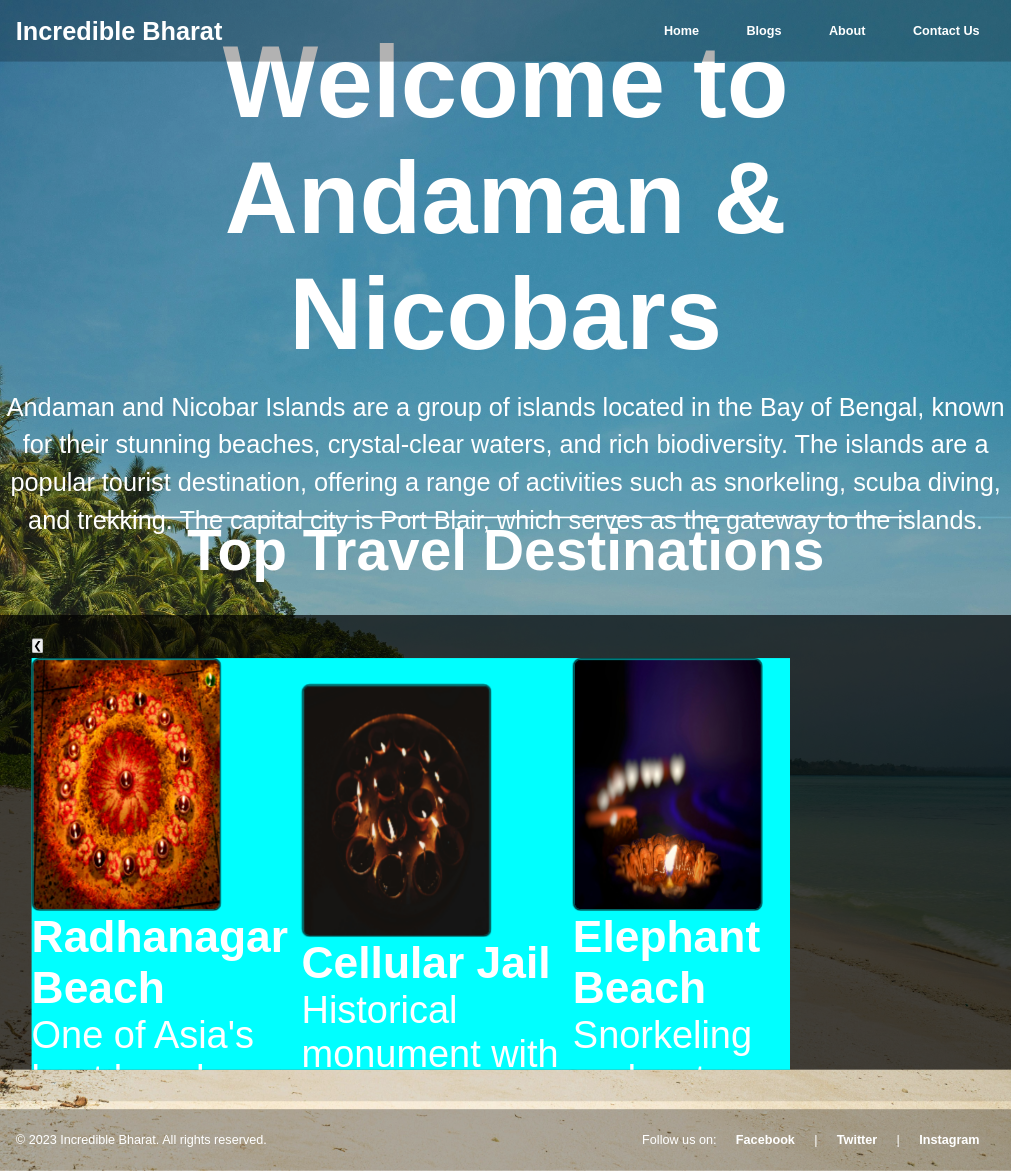
Repository: jaidhiman111/incrediblebharat
Page: destinations/Andaman-Nicobar/Andaman&Nicobar.html
These files come from the project's save history. The page is drawn as it stood at one moment and after the next save; the edit follows.
The browser window is 1280 px wide. The pictures show the whole page, at 79% of full size.

Above is the page before, as saved 2025-05-01 22:30:52.

### destinations/Andaman-Nicobar/Andaman&Nicobar.html
<!DOCTYPE html>
<html lang="en">

<head>
    <meta charset="UTF-8">
    <link rel="stylesheet" href="/assets/style.css">
    <meta name="viewport" content="width=device-width, initial-scale=1.0">
    <title>Document</title>
</head>

<body class="andaman-nicobar">
    <!-- This is the header of the page. -->
    <header class="header">
        <div class="logo">
            <h1>Incredible Bharat</h1>
        </div>
        <div class="nav">
            <nav>
                <ul>
                    <li>
                        <a href="/index.html">Home</a>
                        <a href="#">Blogs</a>
                        <a href="#">About</a>
                        <a href="#">Contact Us</a>
                    </li>
                </ul>
            </nav>
        </div>
    </header>
    <!-- This is the main content of the page. -->
    <main class="main-container">
        <section class="hero-section">
            <h2>Welcome to Andaman & Nicobars</h2>
            <p>Andaman and Nicobar Islands are a group of islands located in the Bay of Bengal, known for their stunning
                beaches, crystal-clear waters, and rich biodiversity. The islands are a popular tourist destination,
                offering a range of activities such as snorkeling, scuba diving, and trekking. The capital city is Port
                Blair, which serves as the gateway to the islands.</p>
        </section>
        <hr>
        <section id="travel-slider">
            <h2>Top Travel Destinations</h2>
            <div class="slider-container">
              <button class="slide-btn left" onclick="slideLeft('travel')">&#10094;</button>

              <div class="slider" >
                <div class="card">
                  <img class ="card-image" src="/media/diwali.jpg" alt="Radhanagar Beach">
                  <h3>Radhanagar Beach</h3>
                  <p>One of Asia's best beaches with powdery white sand and turquoise waters.</p>
                </div>
                <div class="card">
                  <img class = "card-image" src="/media/Dipawli.jpg" alt="Cellular Jail">
                  <h3>Cellular Jail</h3>
                  <p>Historical monument with a light & sound show on India's freedom struggle.</p>
                </div>
                <div class="card">
                  <img class = "card-image" src="/media/Deepak.jpg" alt="Elephant Beach">
                  <h3>Elephant Beach</h3>
                  <p>Snorkeling and water activities paradise on Havelock Island.</p>
                </div>
                <!-- Add more slides here -->
              </div>

              <button class="slide-btn right" onclick="slideRight('travel')">&#10095;</button>
            </div>
          </section>
    </main>
    <!-- This is the footer of the page. -->
    <footer class="footer">
        <div>
            <p>&copy; 2023 Incredible Bharat. All rights reserved.</p>
        </div>
        <div>
            <p>Follow us on:
                <a href="#">Facebook</a> |
                <a href="#">Twitter</a> |
                <a href="#">Instagram</a>
        </div>
    </footer>
</body>

</html>

### assets/style.css
* {
    box-sizing: border-box;
    margin: 0;
    padding: 0;
}

.home {
    font-family: Arial, sans-serif;
    background-image: url('/media/bg-cover.jpg');
    background-size: cover;
    background-repeat: no-repeat;
    background-position: center;
    color: #fff;
}

.andaman-nicobar {
    font-family: Arial, sans-serif;
    background-image: url('/media/andaman.jpg');
    background-size: cover;
    background-repeat: no-repeat;
    background-position: center;
    color: #fff;
}


/* This is for header */
.header {
    background-color: rgba(0, 0, 0, 0.3);
    display: flex;
    justify-content: space-between;
    align-items: center;
    padding: 20px;
    position: sticky;
    top: 0;
    text-align: center;
}

li {
    list-style: none;
    display: flex;
    gap: 20px;
}

li a {
    padding: 10px 20px;
    border-radius: 5px;
    text-decoration: none;
    color: #fff;
    font-weight: bold;
}

li a:hover {
    color: #fff;
    transform: scale(1.1);
}

/* This is for section */
section {
    background-color: rgba(0, 0, 0, 0.1);
}

.hero-section {
    display: flex;
    flex-direction: column;
    /* stack items vertically */
    justify-content: center;
    /* center vertically */
    align-items: center;
    /* center horizontally */
    height: 80vh;
    text-align: center;
}

.hero-section h2 {
    font-size: 8rem;
    margin-bottom: 20px;
}

.hero-section p {
    font-size: 2rem;
    margin-bottom: 20px;
    max-width: 100rem;
    /* limit the width of the paragraph */
    line-height: 1.5;
    /* improve readability */
}

.hero-section a {
    text-decoration: none;
    color: #fff;
    font-size: 1.5rem;
    margin-bottom: 20px;
}

.hero-section a:hover {
    color: #fff;
    text-decoration: underline;
    transform: scale(1.1);
    transition: transform 0.3s ease-in-out;
}

hr {
    width: 80%;
    margin: auto;
    border: 1px solid #fff;
}

.state-section {
    display: flex;
    flex-direction: column;
    justify-content: center;
    align-items: center;
    height: 80vh;
    text-align: center;
}

.state-section h2 {
    font-size: 3rem;
    margin-bottom: 20px;
}

.state-button {
    padding: 30px;
    max-width: 100rem;
    margin: 0 auto;
}

.state-button button {
    background-color: rgba(0, 0, 0, 0.4);
    backdrop-filter: blur(5px);
    border: none;
    border-radius: 8px;
    margin: 10px;
    padding: 12px 20px;
    cursor: pointer;
    transition: background-color 0.3s ease;
    font-size: 16px;
    font-weight: 500;
}

.state-button button a {
    color: #ffffff;
    text-decoration: none;
    display: block;
    width: 100%;
    height: 100%;
}

.state-button button:hover {
    background-color: rgba(0, 0, 0, 0.7);
    transform: scale(1.1);
    transition: transform 0.3s ease-in-out;
}

.card-section {
    display: flex;
    flex-wrap: wrap;
    justify-content: center;
    gap: 5rem;
    padding: 30px 20px;
    margin: 20px auto;
    max-width: 100%;
    border-radius: 10px;
}




/* This is for footer */

.footer {
    background-color: rgba(0, 0, 0, 0.3);
    display: flex;
    justify-content: space-between;
    align-items: center;
    padding: 20px;
    position: relative;
    bottom: 0;
    text-align: center;
}

.footer li {
    list-style: none;
    display: flex;
    gap: 20px;
}

.footer a {
    display: inline-block;
    padding: 10px 20px;
    border-radius: 5px;
    text-decoration: none;
    color: #fff;
    font-weight: bold;
}

.footer a:hover {
    color: #fff;
    transform: scale(1.1);

}

/* This is for media queries */
/* --- Andaman & Nicobar Page Enhancements --- */

#travel-slider {
    display: flex;
    flex-direction: column;
    font-size: 3rem;
    margin-bottom: 10px;
    justify-items: center;
    align-items: center;

}

.slider-container {
    background-color: rgba(0, 0, 0, 0.7);
    position: relative;
    height: 80vh;
    max-width: 100%;
    overflow: hidden;
    margin: 40px auto;
    padding: 0 40px;
}

.slider {
    display: flex;
    transition: transform 0.5s ease;
    max-width: 80%;
    background-color: aqua;
    margin: 10px, auto;
    padding: auto;
    justify-content: center;
    align-items: center;
}


.slide-btn.left {
    left: 10px;
}

.slide-btn.right {
    right: 10px;
}

.card-image {
    background-color: rgba(0, 0, 0, 0.3);
    backdrop-filter: blur(5px);
    color: #fff;
    border: 2px solid #014d4e;
    border-radius: 10px;
    width: 15rem;
    height: 20rem;
    display: flex;
    align-items: center;
    justify-content: center;
    font-size: 2rem;
    font-weight: bold;
    cursor: pointer;
    transition: transform 0.3s ease, background-color 0.3s ease;
}

.card:hover {
    background-color: rgba(0, 0, 0, 0.3);
    color: #ffffff;
    transform: scale(1.05);
}

After the next save:
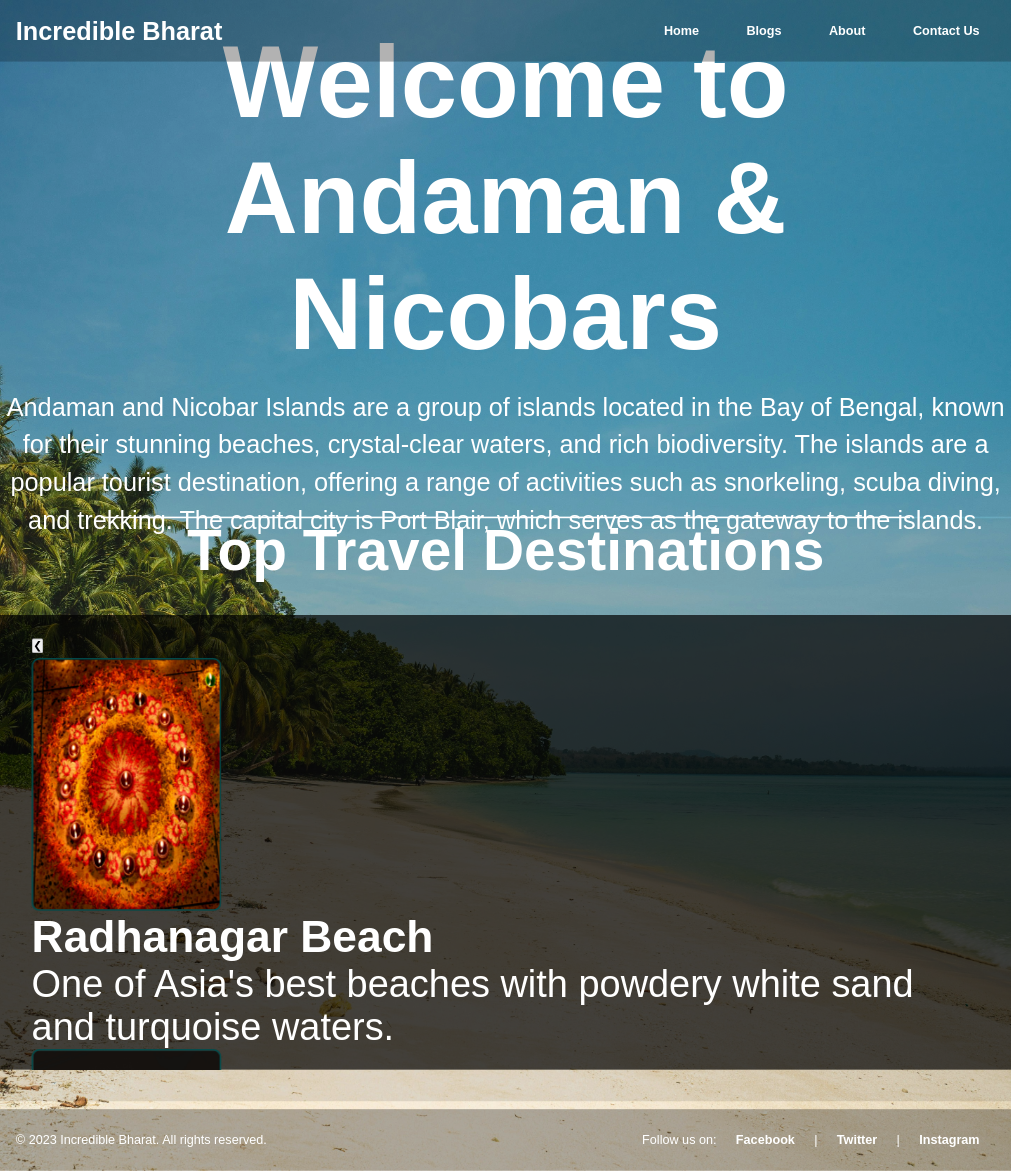
Saved 42 s later.
--- a/assets/style.css
+++ b/assets/style.css
@@ -223,7 +223,7 @@ hr {
     padding: 0 40px;
 }
 
-.slider {
+/* .slider {
     display: flex;
     transition: transform 0.5s ease;
     max-width: 80%;
@@ -232,7 +232,7 @@ hr {
     padding: auto;
     justify-content: center;
     align-items: center;
-}
+} */
 
 
 .slide-btn.left {
